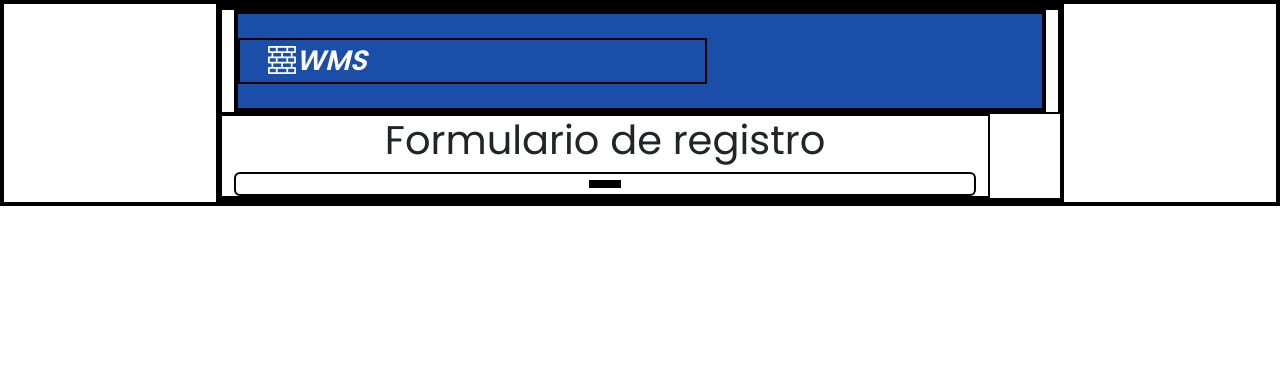
Repository: Rafa-x64/Gestion_inventario_practica
Page: http://localhost/Gestion_inventario/index.php?page=registro-empresa
An editor plug-in stored every save of this project. The page is shown before and after a run of saves, followed by the edit.
The browser window is 1280 px wide. The pictures show the whole page.
The page is run by PHP 8.4 with error messages shown; the project is at /var/www/html/.

Above is the page before, as saved 2025-07-22 17:50:53.

### index.php
<?php
require_once "config/app.php";
require_once "controller/vistaC.php";

$controlador = new vistaC();
$controlador->cargarVista();

### config/app.php
<?php

const SERVERURL = "http://localhost/Gestion_inventario/";

const NOMBRE_APLICACION = "WMS";

const MONEDA = ["bolivar" => "Bs.", "dolar" => "$", "euro" => "€", "pesos" => "$", "real" => "R$"];

date_default_timezone_set("America/Caracas");

### controller/vistaC.php
<?php
require_once("./model/vistaM.php"); //debe incluir el codigo del modelo

class vistaC extends vistaM //extiende del modelo para usar sus metodos
{

    public function cargarVista() //funcion que carga la vista segun la url que se obtiene como parametro
    {
        if (isset($_GET["page"])) { //page es el parametro especificado en .htaccess
            $vista = self::obtenerVista($_GET["page"]); //se asigna esa url a vista si esta establecido
        } else {
            $vista = "inicio-view.php"; //se muestra el inicio si no esta establecido el parametro en la url
        }

        require("view/plantilla.php"); //se requiere la plantilla para poder mostrar esa vista
    }
}

### model/vistaM.php
<?php

class vistaM
{
    //metodo que obtiene la vista que se le asigna en $pagina
    protected static function obtenerVista($pagina) //recive una variable pagina
    {
        $paginas_existentes = ["404", "inicio-sesion", "inicio", "registro-empresa"]; //lista de paginas del proyecto
        if (!in_array($pagina, $paginas_existentes)) { //si no esta en el array entonces...
            return "404-view.php"; //pagina de 404
            exit();
        }

        return $pagina . "-view.php"; //retorna $pagina-view para ser abierta por el controlador si esa pagina existe en la lista
    }
}

### view/plantilla.php
    <?php

    //aqui se ejecuta la vista y se muestran los includes si la pagina cumple cierta condicion

    if ($vista != "inicio-view.php" && $vista != "404-view.php" && $vista != "inicio-sesion-view.php" && $vista != "registro-empresa-view.php") {
        include("view/includes/links.php");
        require("view/includes/header.html");
        include("php/" . $vista);
        require("view/includes/footer.html");
        include("view/includes/scripts.php");
    }

    include("view/includes/links.php");
    require("php/" . $vista);
    include("view/includes/scripts.php");

    ?>

### view/includes/links.php
<!DOCTYPE html>
<html lang="en">

<head>
    <meta charset="UTF-8">
    <meta name="viewport" content="width=device-width, initial-scale=1.0">
    <title><?php echo NOMBRE_APLICACION; ?></title>
    <link href="https://cdn.jsdelivr.net/npm/bootstrap@5.3.7/dist/css/bootstrap.min.css" rel="stylesheet"
        integrity="sha384-LN+7fdVzj6u52u30Kp6M/trliBMCMKTyK833zpbD+pXdCLuTusPj697FH4R/5mcr" crossorigin="anonymous">
    <link rel="stylesheet" href="https://cdn.jsdelivr.net/npm/bootstrap-icons@1.10.5/font/bootstrap-icons.css">
    <link rel="stylesheet" href="<?php echo SERVERURL ?>view/css/bordes.css">
    <link rel="stylesheet" href="<?php echo SERVERURL ?>view/css/inicio-view.css">
    <link rel="shortcut icon" href="<?php echo SERVERURL ?>view/images/bootstrap-fill.ico" type="image/x-icon">
    <link rel="stylesheet" href="<?php echo SERVERURL ?>view/css/registro-empresa-view.css">
</head>

<body>

### view/php/registro-empresa-view.php
<style>
    [class*="col"],
    [class*="row"],
    [class*="section"] {
        border: 2px solid black;
    }

    [class*="container"] {
        border: 2px solid black;
    }
</style>
<div class="container-fluid">
    <div class="row d-flex flex-column align-items-center justify-content-center">
        <div class="col-8 align-items-center justify-content-center">
            <div class="row">
                <div class="col">
                    <header id="barra-navegacion">
                        <div class="container-fluid pt">
                            <div class="row flex-row py-4">
                                <div class="col-7 d-flex flex-row justify-content-start">
                                    <i class="bi bi-bricks fs-3 ps-3 text-white">WMS</i>
                                </div>
                            </div>
                        </div>
                    </header>
                </div>
                <div class="col-11 d-flex flex-column align-items-center justify-content-center">
                    <h1>Formulario de registro</h1>
                    <form action="" method="post" class="form-control d-flex flex-column align-items-center justify-content-center">
                        <div class="row">
                            <div class="col">

                            </div>
                        </div>
                    </form>
                </div>
            </div>
        </div>
    </div>
</div>

<?php
include("./controller/registroEmpresaC.php");
$registro = registroEmpresaC::getFormulario($_POST);
?>

### controller/registroEmpresaC.php
<?php

include_once("./model/mainModel.php");
include_once("./model/empresaM.php");

class registroEmpresaC extends mainModel
{

    public static function getFormulario($formulario) {}

    public static function validar_rif()
    {
        /*Se usa el algoritmo Módulo 11, que toma los primeros 9 caracteres y les aplica una
        fórmula ponderada. El resultado final es el dígito verificador que valida el número
        completo.*/
    }
}

### model/mainModel.php
<?php

include_once("./config/server.php");

class mainModel
{

    protected static function conectar_base_datos()
    {
        try {
            $con = new PDO(SGBD, USUARIO, CONSTRASEÑA);
            $con->exec("SET CARACTER SET utf8");
            return $con;
        } catch (PDOException $e) {
            echo $e->getMessage();
        }
    }

    protected static function consulta_simple($sentenciaSQL)
    {
        $operacion = self::conectar_base_datos()->prepare($sentenciaSQL);
        $operacion->execute();
        return $operacion;
    }
}

### config/server.php
<?php

const SGBD = "mysql:host=localhost;dbname=WMS";

const USUARIO = "root";

const CONSTRASEÑA = "";

const METHOD = "AES-256-CBC";

### model/empresaM.php
<?php

include_once("./model/mainModel.php");

class empresaM extends mainModel
{
    private $id_empresa = ""; //crear una funcion que genere el id de la empresa
    private $nombre_legal = "";
    private $rif = ""; //validar que sea un rif valido segun el pais
    private $direccion = "";
    private $contacto = "";
    private $correo = "";
    private $nombre_representante = "";
    private $fecha_registro = ""; //date
    private $estado_condicion = ""; //booleano
    private $logo = ""; //imagen;
    private $tipo_empresa = "";
    private $moneda = ""; //seleccionar las monedas existentes en ./config/server.php
    private $zona_horaria = "";

    public function __construct(
        $nombre_legal,
        $rif,
        $direccion,
        $contacto,
        $correo,
        $nombre_representante,
        $fecha_registro,
        $estado_condicion,
        $logo,
        $tipo_empresa,
        $moneda,
        $zona_horaria
    ) {
        $this->id_empresa = $this->generarIdEmpresa();
        $this->nombre_legal = $nombre_legal;
        $this->rif = $rif;
        $this->direccion = $direccion;
        $this->contacto = $contacto;
        $this->correo = $correo;
        $this->nombre_representante = $nombre_representante;
        $this->fecha_registro = $fecha_registro;
        $this->estado_condicion = $estado_condicion;
        $this->logo = $logo;
        $this->tipo_empresa = $tipo_empresa;
        $this->moneda = $moneda;
        $this->zona_horaria = $zona_horaria;
    }

    private function generarIdEmpresa()
    {
        return uniqid("EMP_");
    }

    public function getIdEmpresa()
    {
        return $this->id_empresa;
    }

    public function getNombreLegal()
    {
        return $this->nombre_legal;
    }

    public function setNombreLegal($nombre_legal)
    {
        $this->nombre_legal = $nombre_legal;
    }

    public function getRif()
    {
        return $this->rif;
    }

    public function setRif($rif)
    {
        $this->rif = $rif;
    }

    public function getDireccion()
    {
        return $this->direccion;
    }

    public function setDireccion($direccion)
    {
        $this->direccion = $direccion;
    }

    public function getContacto()
    {
        return $this->contacto;
    }

    public function setContacto($contacto)
    {
        $this->contacto = $contacto;
    }

    public function getCorreo()
    {
        return $this->correo;
    }

    public function setCorreo($correo)
    {
        $this->correo = $correo;
    }

    public function getNombreRepresentante()
    {
        return $this->nombre_representante;
    }

    public function setNombreRepresentante($nombre_representante)
    {
        $this->nombre_representante = $nombre_representante;
    }

    public function getFechaRegistro()
    {
        return $this->fecha_registro;
    }

    public function setFechaRegistro($fecha_registro)
    {
        $this->fecha_registro = $fecha_registro;
    }

    public function getEstadoCondicion()
    {
        return $this->estado_condicion;
    }

    public function setEstadoCondicion($estado_condicion)
    {
        $this->estado_condicion = $estado_condicion;
    }

    public function getLogo()
    {
        return $this->logo;
    }

    public function setLogo($logo)
    {
        $this->logo = $logo;
    }

    public function getTipoEmpresa()
    {
        return $this->tipo_empresa;
    }

    public function setTipoEmpresa($tipo_empresa)
    {
        $this->tipo_empresa = $tipo_empresa;
    }

    public function getMoneda()
    {
        return $this->moneda;
    }

    public function setMoneda($moneda)
    {
        $this->moneda = $moneda;
    }

    public function getZonaHoraria()
    {
        return $this->zona_horaria;
    }

    public function setZonaHoraria($zona_horaria)
    {
        $this->zona_horaria = $zona_horaria;
    }

    public function __toString()
    {
        return "Empresa: {$this->nombre_legal}, RIF: {$this->rif}, Dirección: {$this->direccion}, Contacto: {$this->contacto}, Correo: {$this->correo}, Representante: {$this->nombre_representante}, Fecha de registro: {$this->fecha_registro}, Estado: {$this->estado_condicion}, Tipo: {$this->tipo_empresa}, Moneda: {$this->moneda}, Zona horaria: {$this->zona_horaria}";
    }
}

### view/includes/scripts.php
</body>

<script src="https://cdn.jsdelivr.net/npm/bootstrap@5.3.7/dist/js/bootstrap.bundle.min.js"
    integrity="sha384-ndDqU0Gzau9qJ1lfW4pNLlhNTkCfHzAVBReH9diLvGRem5+R9g2FzA8ZGN954O5Q"
    crossorigin="anonymous">
</script>

</html>

### view/css/bordes.css
@import url('https://fonts.googleapis.com/css2?family=Poppins:wght@300;400;600&display=swap');

body {
    margin: 0;
    padding: 0;
    font-size: 1rem;
    font-weight: 600;
    font-family: 'Poppins', sans-serif;
}

/*----------comentar para ocultar los bordes visibles--------------*/
[class*="col"],
[class*="row"],
[class*="section"] {
    border: 2px solid black;
}

[class*="container"] {
    border: 2px solid black;
}

### view/css/inicio-view.css
#main {
    background-color: #e5eeff;
}

#barra-navegacion {
    background-color: #1a4ea9;
}

#eslogan {
    color: white;
}

#registro-sesion a {
    text-decoration: none;
    color: white;
    border-radius: 1rem;
}

#registro,
#inicio-sesion {
    border-radius: 1rem;
}



#conocenos h1 {
    color: #1a4ea9;
    font-size: 3.5rem;
    font-weight: bold;
}

#comparativa {
    position: relative;
    background-color: white;
    border-radius: 1rem;
    box-shadow: 0 4px 12px #c5d3e0;
}

.icono-superior {
    position: absolute;
    top: -25px;
    /* sobresale por arriba */
    right: -20px;
    /* sobresale por la izquierda */
    z-index: 9999;
}

#comparativa h1 {
    font-size: 2.5rem;
    font-weight: bold;
}

#comparativa i {
    color: #00923F !important;
}

#comparativa b {
    color: #1a4ea9;
}

Loaded but not shown: view/css/registro-empresa-view.css (no copy from this time; the picture is the same without it)

After the next 3 saves:
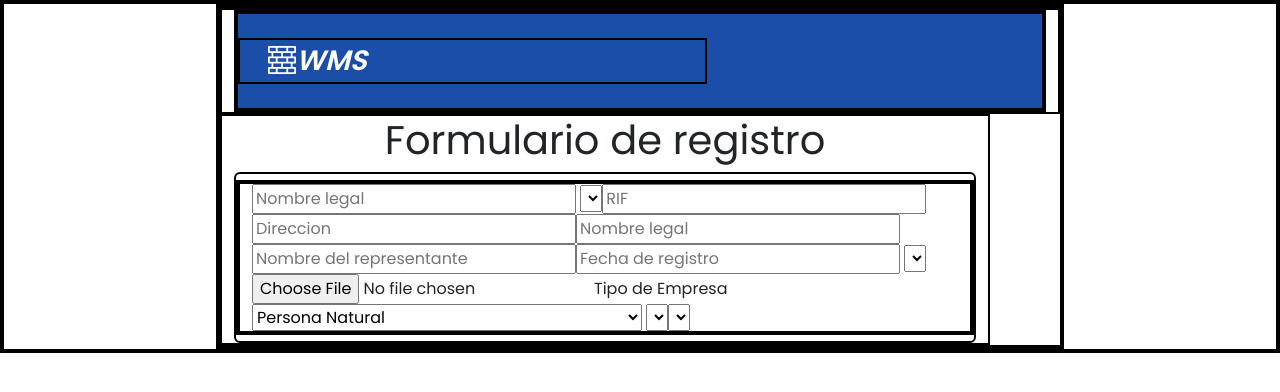
The 3 saves are shown as one change because they came seconds apart.
The last was saved 7 s later.
--- a/view/php/registro-empresa-view.php
+++ b/view/php/registro-empresa-view.php
@@ -29,7 +29,68 @@
                     <form action="" method="post" class="form-control d-flex flex-column align-items-center justify-content-center">
                         <div class="row">
                             <div class="col">
-
+                                <input type="text" name="" id="nombre_legal" placeholder="Nombre legal">
+                                <select name="" id="">
+                                    <option value=""></option>
+                                    <option value=""></option>
+                                    <option value=""></option>
+                                    <option value=""></option>
+                                    <option value=""></option>
+                                    <option value=""></option>
+                                </select><input type="text" name="" id="rif" placeholder="RIF"><input type="text" name="" id="direccion" placeholder="Direccion"><input type="text" name="" id="nombre_legal" placeholder="Nombre legal">
+                                <input:mail id="correo" placeholder="Correo electronico"></input:mail>
+                                <input type="text" name="" id="nombre_representante" placeholder="Nombre del representante"><input type="text" name="" id="fecha_registro" placeholder="Fecha de registro">
+                                <select name="" id="">
+                                    <option value=""></option>
+                                    <option value=""></option>
+                                </select><input type="file" name="" id="logo"><label for="">Tipo de Empresa</label>
+                                <select name="tipo_empresa" id="">
+                                    <option value="persona_natural">Persona Natural</option>
+                                    <option value="sociedad_anonima">Sociedad Anónima (S.A.)</option>
+                                    <option value="sociedad_de_responsabilidad_limitada">Sociedad de Responsabilidad Limitada (S.R.L.)</option>
+                                    <option value="sociedad_comanditaria">Sociedad Comanditaria</option>
+                                    <option value="sociedad_civil">Sociedad Civil</option>
+                                    <option value="cooperativa">Cooperativa</option>
+                                    <option value="fundacion">Fundación</option>
+                                    <option value="comunidad_de_bienes">Comunidad de Bienes</option>
+                                    <option value="empresa_del_estado">Empresa del Estado</option>
+                                    <option value="comercial">Comercial</option>
+                                    <option value="industrial">Industrial</option>
+                                    <option value="servicios">Servicios</option>
+                                    <option value="agropecuario">Agropecuario</option>
+                                    <option value="tecnologico">Tecnológico</option>
+                                    <option value="salud">Salud</option>
+                                    <option value="educacion">Educación</option>
+                                    <option value="transporte">Transporte</option>
+                                    <option value="construccion">Construcción</option>
+                                    <option value="turismo">Turismo</option>
+                                    <option value="financiero">Financiero</option>
+                                    <option value="energia">Energía</option>
+                                    <option value="local">Local</option>
+                                    <option value="regional">Regional</option>
+                                    <option value="nacional">Nacional</option>
+                                    <option value="multinacional">Multinacional</option>
+                                    <option value="transnacional">Transnacional</option>
+                                    <option value="microempresa">Microempresa</option>
+                                    <option value="pequena">Pequeña</option>
+                                    <option value="mediana">Mediana</option>
+                                    <option value="grande">Grande</option>
+                                    <option value="privada">Privada</option>
+                                    <option value="publica">Pública</option>
+                                    <option value="mixta">Mixta</option>
+                                    <option value="primario">Primario</option>
+                                    <option value="secundario">Secundario</option>
+                                    <option value="terciario">Terciario</option>
+                                    <option value="cuaternario">Cuaternario</option>
+                                    <option value="quinario">Quinario</option>
+                                </select>
+                                <select name="" id="">Moneda
+                                    <option value=""></option>
+                                    <option value=""></option>
+                                    <option value=""></option>
+                                </select><select name="" id="">Zona horaria
+                                    <option value=""></option>
+                                </select>
                             </div>
                         </div>
                     </form>
